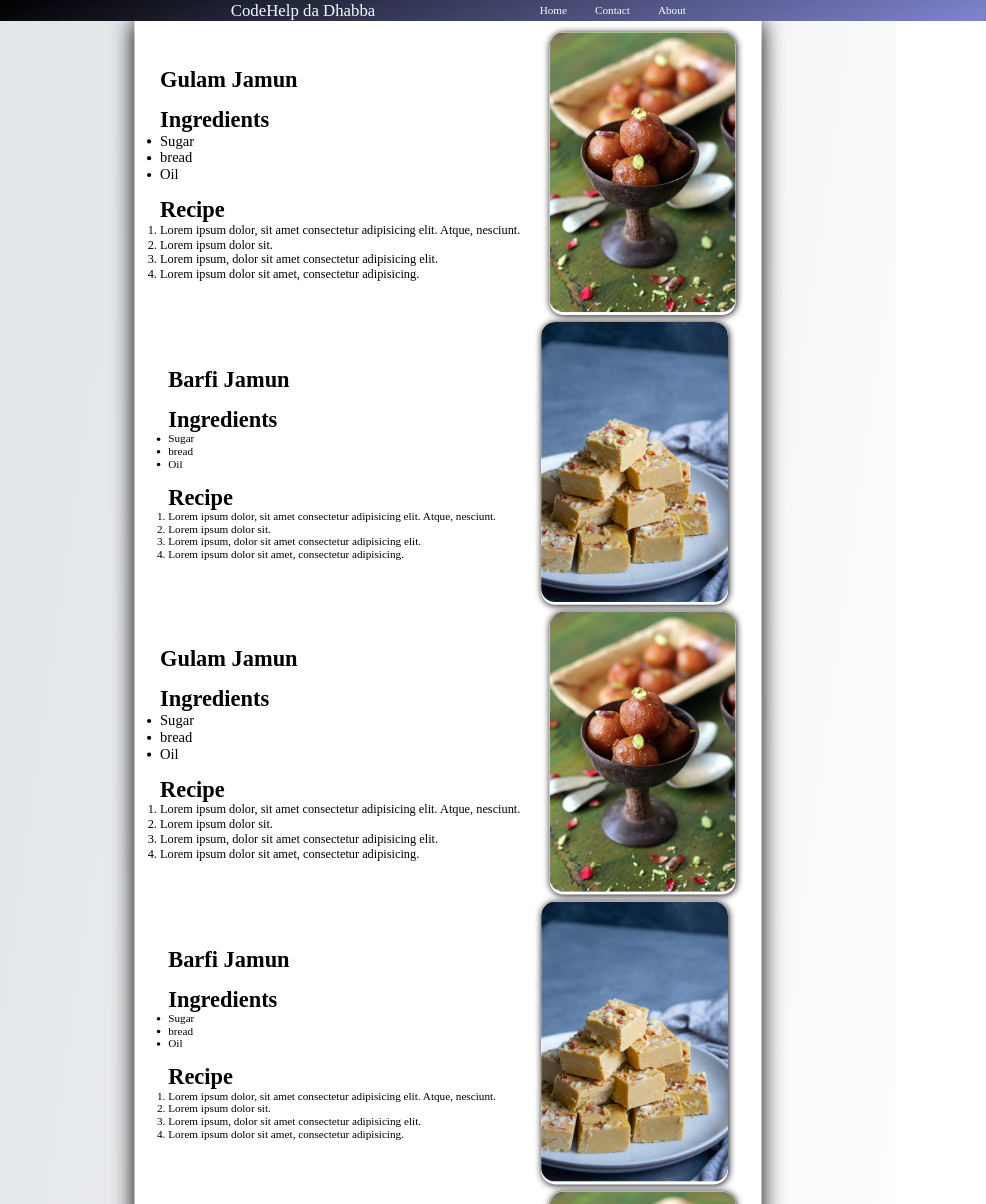
Repository: ssaddamhuss100/Recipe_Html_css
Page: index.html
The author's editor kept a copy of each file at every save. The page is drawn from the files as they stood at one save, then again after the next save.
The browser window is 1280 px wide. The page is 1408 px wide, so the pictures cover 1408 px, including what lies to the right of the window. The pictures show the part of the page from y = 0 to 1720 px (the page is 2554 px tall), at 70% of full size.

Above is the page before, as saved 2024-12-12 10:57:26.

After the next save:
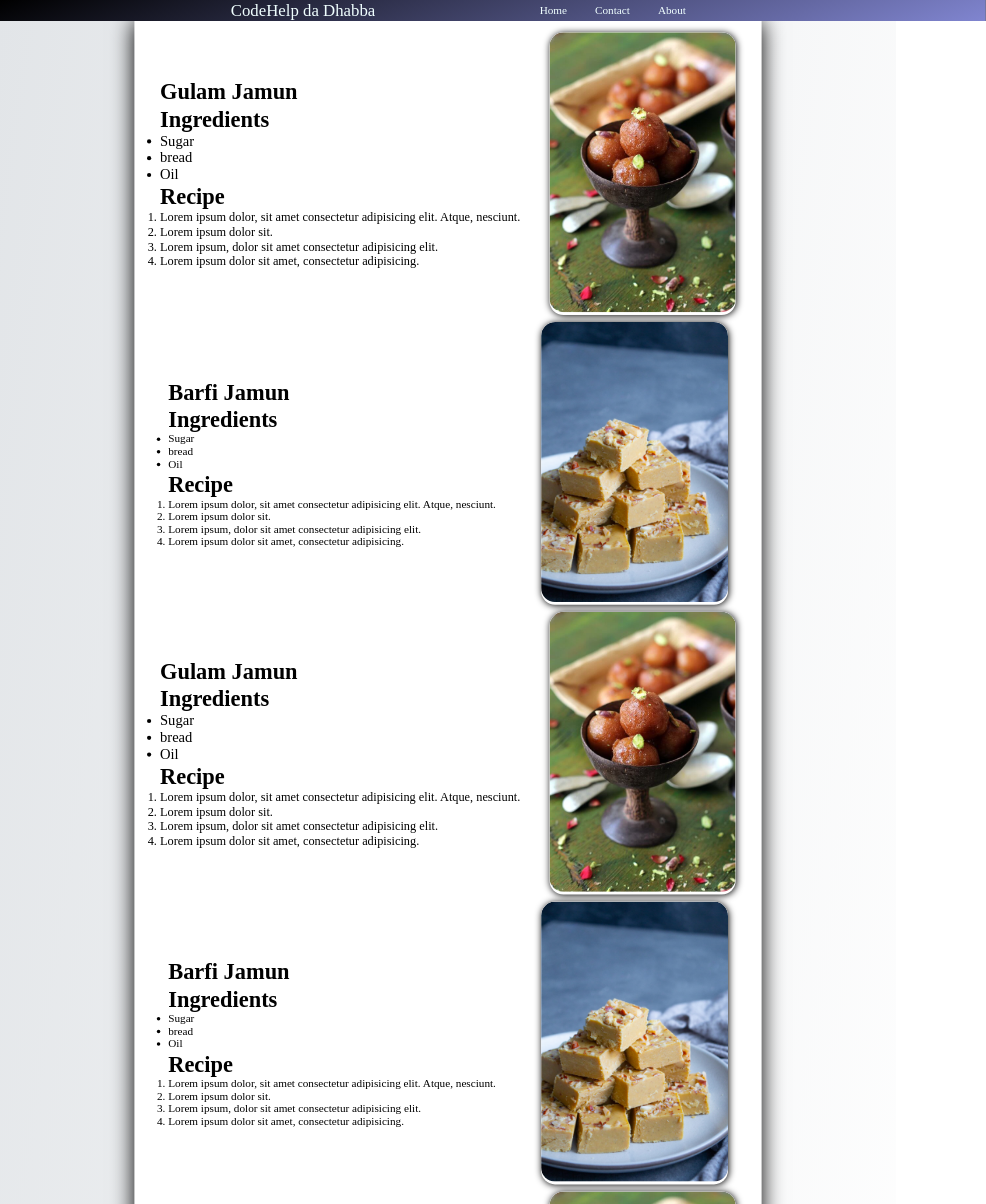
Saved 15 s later.
--- a/style.css
+++ b/style.css
@@ -109,7 +109,7 @@
 .leftBox{
     display: flex;
     flex-direction: column;
-    gap: 20px;
+    gap: 2px;
 }
 .leftBox h2{
     font-size: 2rem;

After the save that followed:
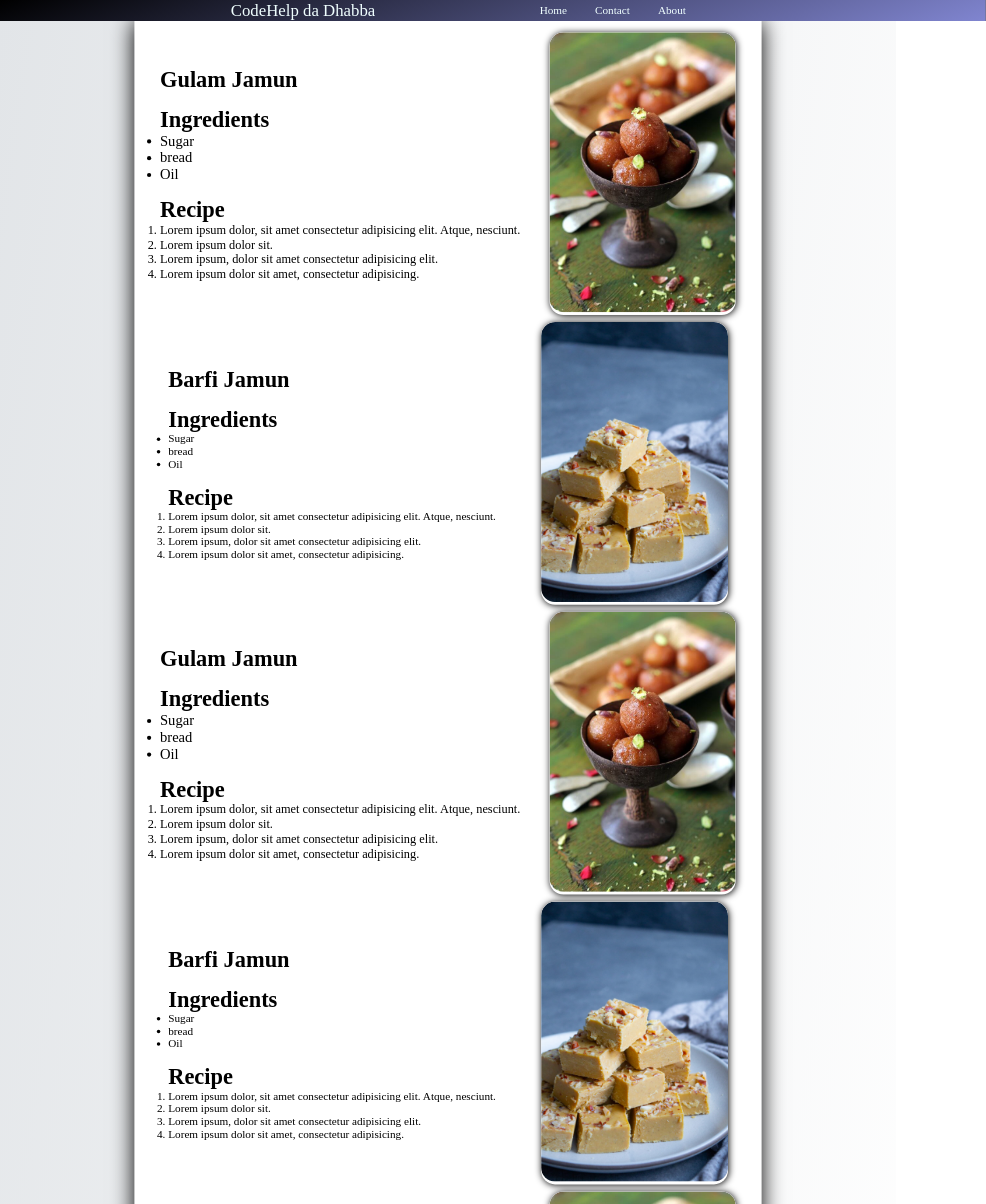
Saved 4 s later.
--- a/style.css
+++ b/style.css
@@ -109,7 +109,7 @@
 .leftBox{
     display: flex;
     flex-direction: column;
-    gap: 2px;
+    gap: 20px;
 }
 .leftBox h2{
     font-size: 2rem;
